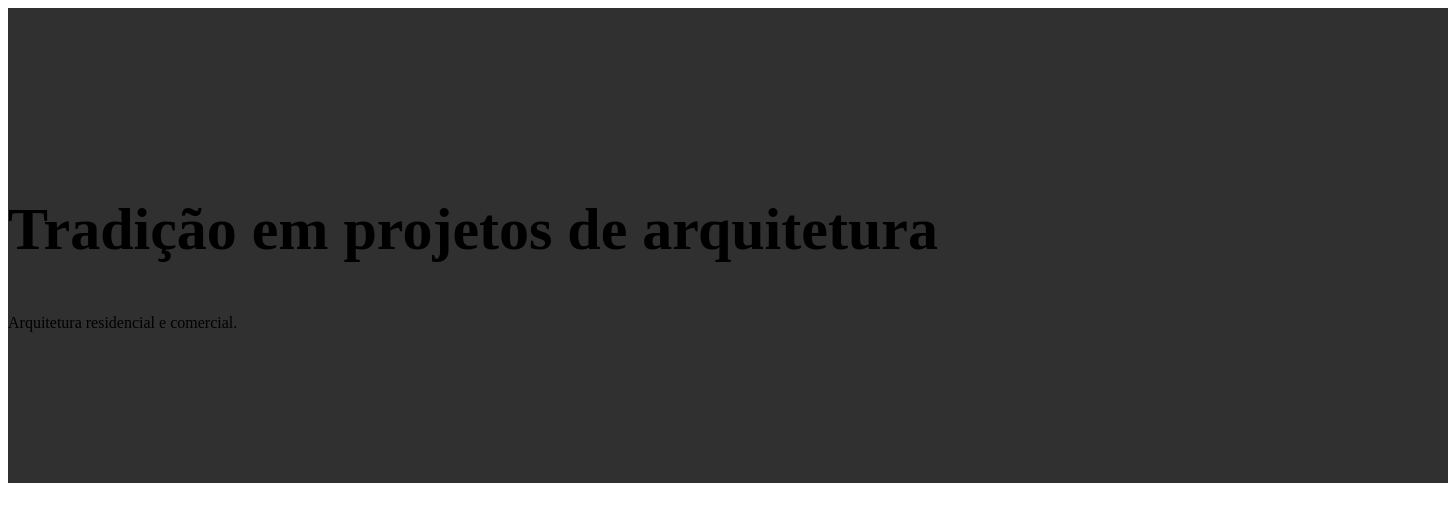
Repository: kleber-goncalves/RID196047_Desafio01
Page: index.html
An editor plug-in stored every save of this project. The page is shown before and after a run of saves, followed by the edit.
The browser window is 1280 px wide. The page is 1448 px wide, so the pictures cover 1448 px, including what lies to the right of the window. The pictures show the whole page.

Above is the page before, as saved 2024-12-18 16:19:21.

### index.html
<!DOCTYPE html>
<html lang="pt-br">
  <head>
    <meta charset="UTF-8" />
    <meta name="viewport" content="width=device-width, initial-scale=1.0" />
    <title>RID196047_Desafio01</title>
    <link rel="stylesheet" href="style.css" />
  </head>
  <body class="conteiner">
    <section class="conteiner" id="topo">
      <div>
        <h1 id="txt-topo">Tradição em projetos de arquitetura</h1>
        <p>Arquitetura residencial e comercial.</p>
      </div>
    </section>
  </body>
</html>

### style.css
.conteiner {
  box-sizing: border-box;
  display: grid;
  grid-auto-flow: column;
  grid-auto-columns: 1fr;
}

#topo {
  background-color: #303030;
  display: flex;
  align-items: center;
  width: 1440px;
  height: 475px;
}

#txt-topo {
  font-size: 60px;
  font-style: normal;
  font-weight: 600;
  line-height: 72px;
}

After the next 3 saves:
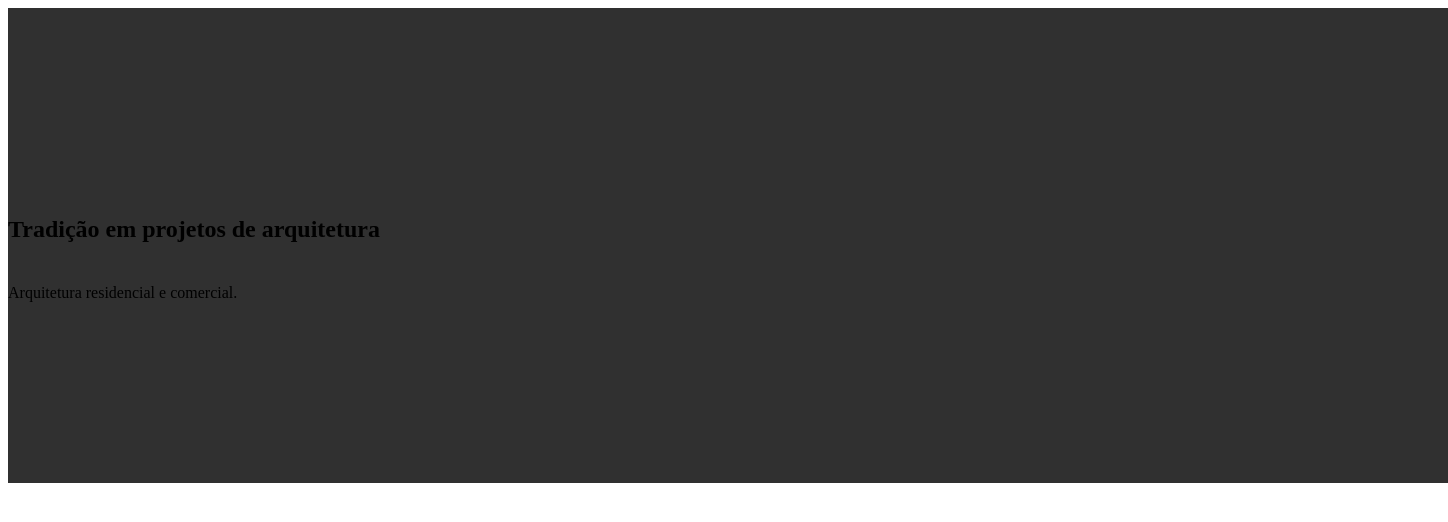
The 3 saves are shown as one change because they came seconds apart.
The last was saved 44 s later.
--- a/style.css
+++ b/style.css
@@ -14,6 +14,7 @@
 }
 
 #txt-topo {
+  mar
   font-size: 60px;
   font-style: normal;
   font-weight: 600;

After the save that followed:
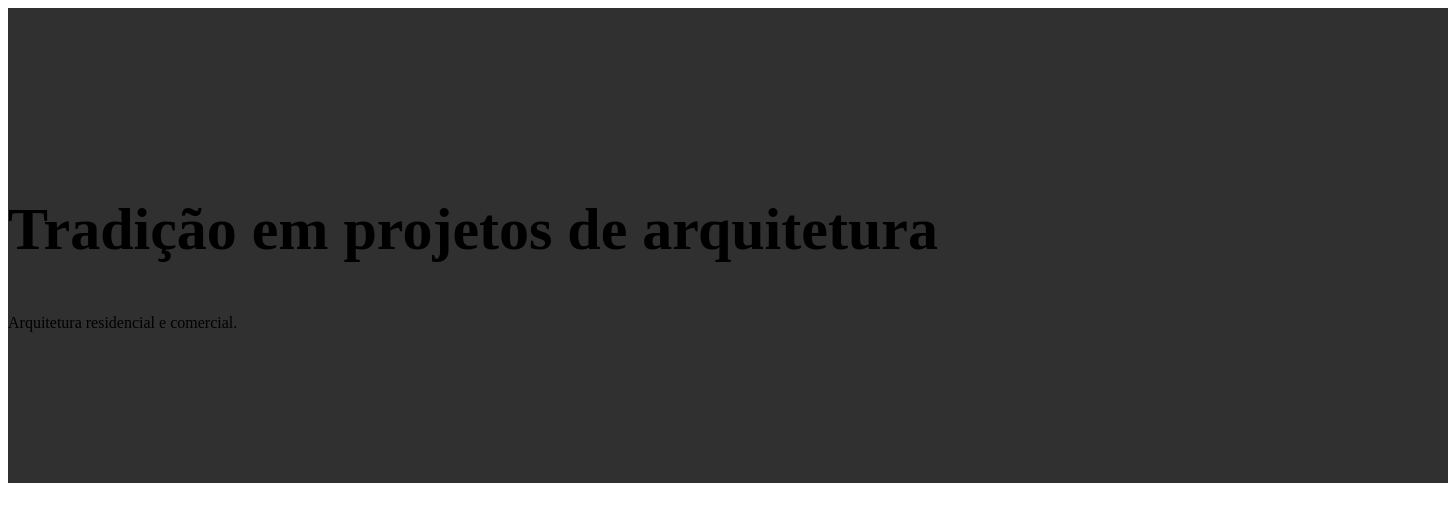
Saved 4 s later.
--- a/style.css
+++ b/style.css
@@ -14,7 +14,7 @@
 }
 
 #txt-topo {
-  mar
+  margin-left: ;
   font-size: 60px;
   font-style: normal;
   font-weight: 600;
